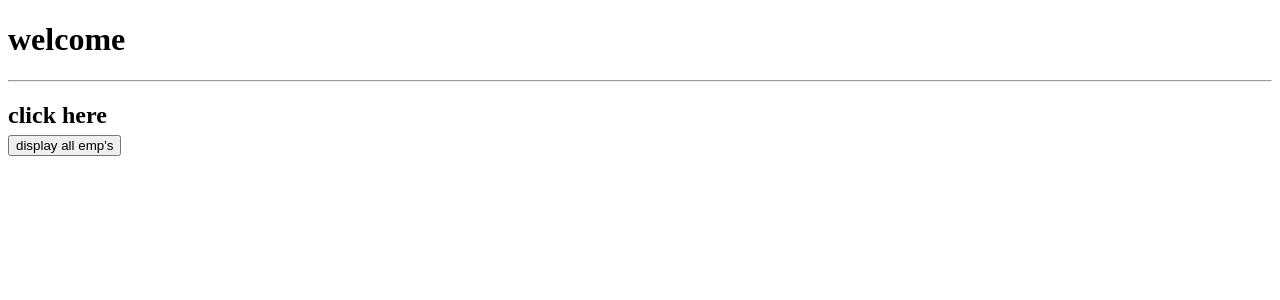
Repository: Saikumar6901/DBSTrainingModules
Page: http://localhost/dbsdemo/Viewall.jsp
An editor plug-in stored every save of this project. The page is shown before and after the next save, followed by the edit.
The browser window is 1280 px wide. The pictures show the whole page.
The page is served by Tomcat 9. Other server files are loaded and not shown.

Above is the page before, as saved 2019-08-17 04:20:01.

### workspace-spring-tool-suite-4-4.3.2.RELEASE/dbsdemo/src/main/webapp/Viewall.jsp
<%@ page language="java" contentType="text/html; charset=ISO-8859-1"
    pageEncoding="ISO-8859-1"%>
<!DOCTYPE html>
<html>
<head>
<meta charset="ISO-8859-1">
<title>Insert title here</title>
</head>
<body>
<h1> welcome</h1>
<hr>
<form action="Viewall">
<h2>
click here<br>
<input type="submit" name="submit" value="display all emp's">
</h2>
</form>
</body>
</html>

After the next save:
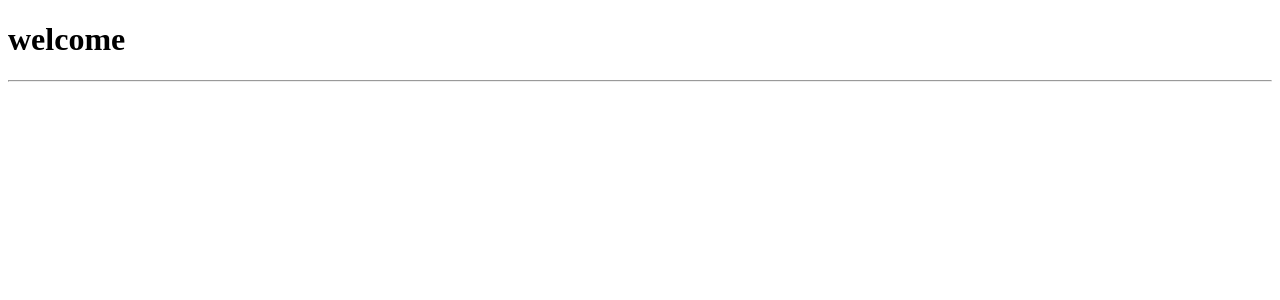
Saved 11 s later.
--- a/workspace-spring-tool-suite-4-4.3.2.RELEASE/dbsdemo/src/main/webapp/Viewall.jsp
+++ b/workspace-spring-tool-suite-4-4.3.2.RELEASE/dbsdemo/src/main/webapp/Viewall.jsp
@@ -9,11 +9,11 @@
 <body>
 <h1> welcome</h1>
 <hr>
-<form action="Viewall">
+<!-- <form action="displayAll">
 <h2>
 click here<br>
 <input type="submit" name="submit" value="display all emp's">
 </h2>
-</form>
+</form> -->
 </body>
 </html>

After the save that followed:
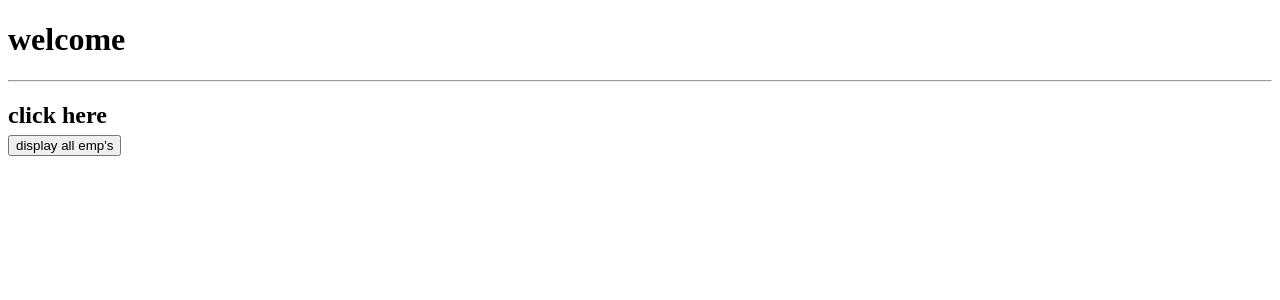
Saved 3 min 3 s later.
--- a/workspace-spring-tool-suite-4-4.3.2.RELEASE/dbsdemo/src/main/webapp/Viewall.jsp
+++ b/workspace-spring-tool-suite-4-4.3.2.RELEASE/dbsdemo/src/main/webapp/Viewall.jsp
@@ -9,11 +9,11 @@
 <body>
 <h1> welcome</h1>
 <hr>
-<!-- <form action="displayAll">
+ <form action="displayAll">
 <h2>
 click here<br>
 <input type="submit" name="submit" value="display all emp's">
 </h2>
-</form> -->
+</form>
 </body>
 </html>
